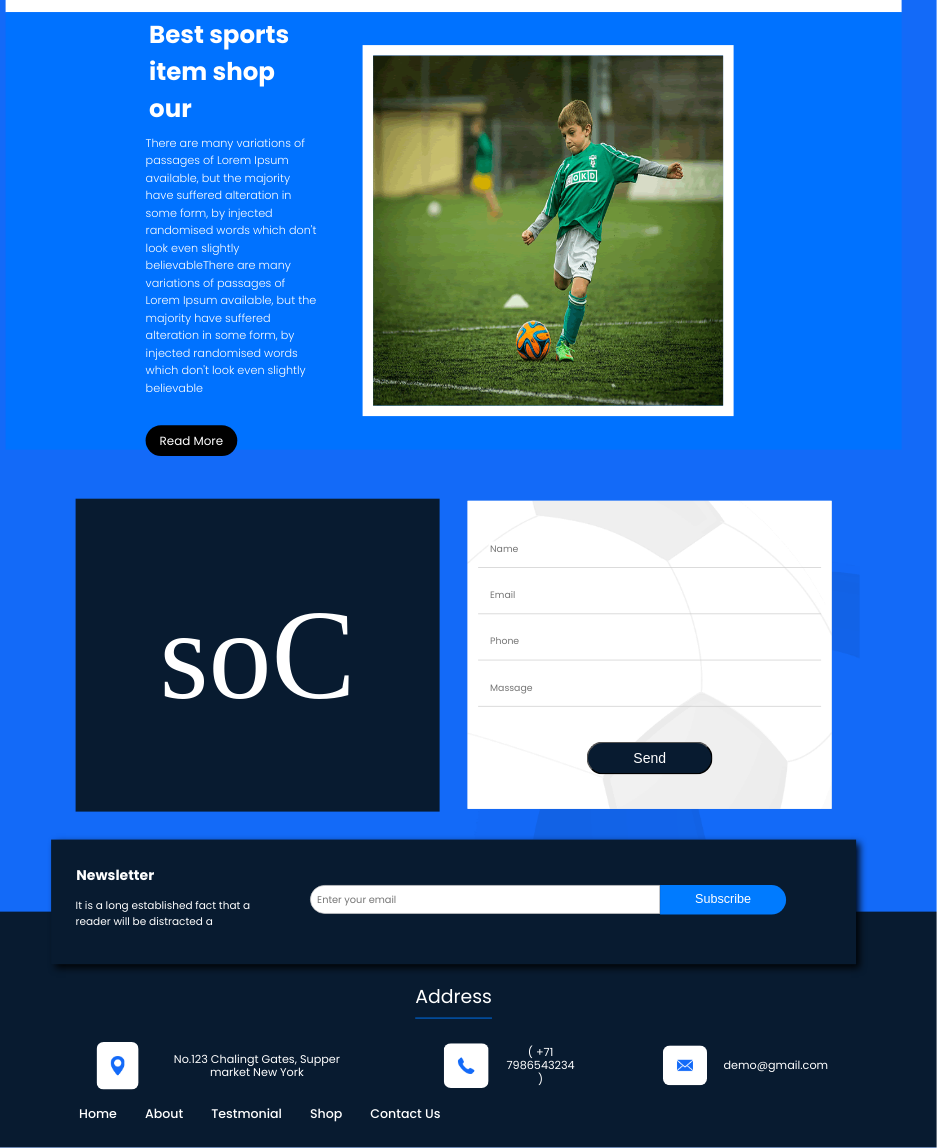
Repository: Vinicius9922/Projeto-Web
Page: index.html
The author's editor kept a copy of each file at every save. The page is drawn from the files as they stood at one save, then again after a run of saves.
The browser window is 1280 px wide. The page is 1338 px wide, so the pictures cover 1338 px, including what lies to the right of the window. The pictures show the part of the page from y = 2108 to 3948 px (the page is 3748 px tall before and 3948 px after), at 70% of full size.

Above is the page before, as saved 2024-12-13 19:38:22.

### index.html
<!DOCTYPE html>
<html>

<head>
    <meta charset="UTF-8">
    <meta name="viewport" content="width=device-width, initial-scale=1.0">
    <link rel="stylesheet" href="index.css">
    <link rel="preconnect" href="https://fonts.googleapis.com">
    <link rel="preconnect" href="https://fonts.gstatic.com" crossorigin>
    <link
        href="https://fonts.googleapis.com/css2?family=Lora:ital,wght@0,400..700;1,400..700&family=Poppins:ital,wght@0,100;0,200;0,300;0,400;0,500;0,600;0,700;0,800;0,900;1,100;1,200;1,300;1,400;1,500;1,600;1,700;1,800;1,900&display=swap"
        rel="stylesheet">
    <title>Index</title>
</head>

<body class="main-layout">
    <header>
        <div class="header">
            <div class="container">
                <div class="logo"><img src="img/logo.png" alt="logo"></div>
                <div class="navBar">
                    <nav>
                        <ul class="menuNav">
                            <li>HOME</li>
                            <li>ABOUT</li>
                            <li>TESTMONIAL</li>
                            <li>SHOP</li>
                            <li>CONTACT US</li>
                            <li><img id="lupa" src="img/search_icon.png"></li>
                        </ul>
                    </nav>
                </div>
            </div>
        </div>
    </header>
    <section>
        <div class="container">
            <div class="carroussel">
                <div class="textCarroussel">
                    <h1>Welcome to <strong class="color">Our Shop</strong></h1>
                    <p>There are many variations of passages of Lorem Ipsum available, but the majority have
                        suffered
                        alteration in some form, by injected humour</p>
                    <button class="botao-carrossel">Buy Now</button>
                    <button class="botao-carrossel">About</button>
                </div>
            </div>
            <div class="img-carroussel">
                <div>
                    <figure><img id="img-carroussel" src="img/boksing-gloves.png" alt="img" /></figure>
                </div>
            </div>
        </div>
    </section>

    <!-- aaaaaaaaaaaaaaa -->

    <div class="parte branca">
        <h1>Our <span>Products</span></h1>
        <p>There are many variations of passages of Lorem ipsum available, but the majority have suffered alteration in
            some form, by injected randomised words wich don't look even slightly believable</p>
    </div>

    <div class="container3">

        <div class="imagem1">
            <img src="img/basketball.png" alt="bola">
            <p>$<span class="valor">50</span></p>
            <p class="p1">Basket ball</p>
        </div>
        <div class="imagem2">
            <img src="img/t-shirt.png" alt="camiseta">
            <p>$<span class="valor">50</span></p>
            <p class="p1">T-shirt</p>
        </div>
        <div class="imagem3">
            <img src="img/game.png" alt="game">
            <p>$<span class="valor">50</span></p>
            <p class="p1">Game</p>
        </div>
        <div class="imagem4">
            <img src="img/basketball.png" alt="bola">
            <p>$<span class="valor">50</span></p>
            <p class="p1">Basket ball</p>
        </div>
        <div class="imagem5">
            <img src="img/t-shirt.png" alt="camiseta">
            <p>$<span class="valor">50</span></p>
            <p class="p1">T-shirt</p>
        </div>
        <div class="imagem6">
            <img src="img/game.png" alt="game">
            <p>$<span class="valor">50</span></p>
            <p class="p1">game</p>
        </div>

    </div>
    <div class="branca2">
        <h1> About <span>Us</span></h1>
        <p>There are many variations of passages of Lorem ipsum available, but the majority have suffered alteration in
            same form, by injected randomised words which dont´t look even slightly believable</p>
    </div>

    <div class="shield">
        <div class="texto-shield">
            <h1 class="textobranco">Best sports item shop our</h1>
            <p class="p2">There are many variations of passages of Lorem Ipsum available, but the majority have suffered
                alteration in some form, by injected randomised words which don't look even slightly believableThere are
                many variations of passages of Lorem Ipsum available, but the majority have suffered alteration in some
                form, by injected randomised words which don't look even slightly believable</p>

            <div class="btn_main">
                <a class="botao" href="#" role="button">Read More</a>
            </div>
        </div>
        <div class="child">
            <figure><img src="img/child-image.png">
            </figure>
        </div>
    </div>

    <!-- aaaaaaaaaaaaaaaaaaaa -->

    <div class="container2">
        <div class="formulario">
            <div class="box-left">
                <div class="soc">soC</div>
            </div>
            <div class="box-right">
                <form>
                    <div class="grupo-form">
                        <input type="text" class="form" placeholder="Name" name="Name">
                    </div>
                    <div class="grupo-form">
                        <input type="email" class="form" placeholder="Email" name="Email">
                    </div>
                    <div class="grupo-form">
                        <input type="text" class="form" placeholder="Phone" name="Phone">
                    </div>
                    <div class="grupo-form">
                        <input type="text" class="form" placeholder="Massage" name="mensagem">
                    </div>
                    <div class="send-button">
                        <button type="submit" class="botao-env">Send</button>
                    </div>
                </form>
            </div>
        </div>
        <div class="box-down">
            <div class="text-news">
                <h2 class="Newsletter">Newsletter</h2>
                <p class="text-newsletter">It is a long established fact that a reader will be distracted a</p>
            </div>
            <div class="email-news">
                <input type="email" class="news-email" placeholder="Enter your email" name="Email">
            </div>
            <div class="Subscribe">
                <button class="subs-button" type="Subscribe">Subscribe</button>
            </div>
        </div>



        <div class="footer">
            <div>
                <div>
                    <div>
                        <div class="titulo">
                            <h2 class="titulo_texto">Address</h2>
                        </div>
                    </div>
                </div>
            </div>
            <div class="endereco">
                <div>
                    <div class="icones">
                        <div class="site_info">
                            <div class="img-icon">
                                <span class="info_icon"><img src="img/map-icon.png" /></span>
                            </div>
                            <span>No.123 Chalingt Gates, Supper market New York</span>
                        </div>
                    </div>
                    <div class="icones">
                        <div class="site_info">
                            <div class="img-icon">
                                <span class="info_icon"><img src="img/phone-icon.png" /></span>
                            </div>
                            <span>( +71 7986543234 )</span>
                        </div>
                    </div>
                    <div class="icones">
                        <div class="site_info">
                            <div class="img-icon">
                                <span class="info_icon"><img src="img/email-icon.png" /></span>
                            </div>
                            <span>demo@gmail.com</span>
                        </div>
                    </div>
                </div>
            </div>

            <div class="menu_main">
                <div class="menu_text">
                    <ul>
                        <li >Home</li>
                        <li>About</li>
                        <li>Testmonial</li>
                        <li>Shop</li>
                        <li>Contact Us</li>
                    </ul>
                </div>
            </div>
        </div>
    </div>

</body>

</html>

### index.css
@import url('https://fonts.googleapis.com/css2?family=Lora:ital,wght@0,400..700;1,400..700&family=Poppins:ital,wght@0,100;0,200;0,300;0,400;0,500;0,600;0,700;0,800;0,900;1,100;1,200;1,300;1,400;1,500;1,600;1,700;1,800;1,900&display=swap');

body {
    width: 100%;
    font-family: Poppins, normal;
    background-color: #136af8;
    background: linear-gradient(to bottom, #136af8 91%, #081b30 9%);
}

header {
    background-color: #136af8;
    padding: 0px;
}

.container {
    display: flex;
    align-items: center;
    justify-content: space-between;
    margin: 40px 200px;
}

li:hover {
    text-decoration: underline;
    cursor: pointer;
    font-weight: bolder;
}

ul {
    color: white;
    list-style-type: none;
    display: flex;
    margin: 0;
    padding: 0;
    gap: 40px;
    font-weight: 500;
}

#lupa {
    margin-left: 20px;
}

.logo {
    margin-left: 60px;
}

section {
    background-color: #136af8;
    display: flex;
}

.textCarroussel {
    text-align: left;
    margin-left: 60px;
    padding-left: 15px;
}

.textCarroussel p,
strong {
    color: white;
}

.color {
    font-weight: bolder;
}

.textCarroussel h1 {
    font-family: Poppins;
    font-weight: bold;
    font-size: 65px;
    line-height: 74px;
    color: #081b30;
}

.textCarroussel p {
    font-size: 16px;
}

button {
    min-width: 180px;
    color: white;
    background-color: #081b30;
    padding: 10px 50px;
    border-radius: 30px;
    display: inline-block;
    font-size: 20px;
    margin-top: 40px;
    cursor: pointer;
}

button:hover {
    background-color: #032b58;
}

button+button {
    margin-left: 15px;
}

#img-carroussel {
    max-width: 110%;
    height: auto;
    display: block;
}


.parte.branca {
    background-color: white;
    text-align: center;
    padding: 40px 280px;
}

.parte.branca h1 {
    font-size: 50px;
    color: black;
    text-align: left;
    font-weight: 800;
    margin: 5px;
}

.parte.branca h1 span {
    color: #0072ff;

}

.parte.branca p {
    font-size: 18px;
    margin-top: 10px;
    text-align: left;
    font-weight: 400;
    margin: 5px;
}

/* Grade de produtos */
.container3 {
    display: grid;
    grid-template-columns: repeat(3, 1fr);
    gap: 20px;
    column-gap: 30px;
    padding-left: 250px;
    padding-right: 250px;
    padding-top: 40px;
    padding-bottom: 40px;
    background-color: #001f3f;
}


.container3 div {
    text-align: center;
    background-color: white;
    padding: 20px;
    box-shadow: 0 5px 10px rgba(0, 0, 0, 0.1);
}

.container3 img {
    width: 300px;
    height: 300px;
    margin-bottom: 10px;
}

.container3 div .valor {
    margin: 5px 0;
    font-size: 26px;
    color: #0072ff
}

.container3 div p {
    font-size: 26px;
    color: black;
    margin: 3px;
}

/* Sessão "About Us" */
.branca2 {
    background-color: white;
    text-align: left;
    padding: 40px 280px;
}

.branca2 h1 {
    font-size: 50px;
    color: black;
    text-align: left;
    font-weight: 800;
    margin: 5px;
}

.branca2 h1 span {
    color: #0072ff;
}

.branca2 p {
    font-size: 18px;
    margin-top: 10px;
    text-align: left;
    font-weight: 400;
    margin: 5px;
}

/* Sessão "Best sports item shop our" */
.shield {
    display: flex;
    justify-content: space-between;
    align-items: center;
    background-color: #0072ff;
    color: white;
    padding-left: 200px;
    padding-right: 200px;
    gap: 20px;
}

.texto-shield {
    text-align: left;
}

.shield h1 {
    font-size: 35px;
    color: rgb(255, 255, 255);
    text-align: left;
    font-weight: 700;
    margin: 5px;
}

.shield .p2 {
    font-size: 16px;
    margin-top: 10px;
    text-align: left;
    font-weight: 300;
    margin-bottom: 50px;
}

.btn_main .botao {
    text-decoration: none;
    background-color: black;
    color: white;
    padding: 10px 20px;
    border-radius: 30px;
    font-size: 17px;
    transition: 0.5s ease, color 0.4s ease 0.1s;
}

.botao:hover {
    background-color: #fbfbfb;
    color: black;
}

.child {
    margin: 0px;
}

.child img {
    height: 500px;
    width: 500px;
    display: flex;
    border: 15px solid #fff;
}




.container2 {
    display: flex;
    align-items: center;
    justify-content: space-between;
    margin: 30px 100px;
    flex-direction: column;
}

.formulario {
    flex: auto;
    display: flex;
    justify-content: space-between;
    align-items: center;
    border-radius: 10px;
    padding: 40px;
    justify-content: center;
    gap: 40px;
    background-image: url('img/contact-banner.png');
}

.grupo-form {
    width: 100%;
    padding: 15px;
    margin-bottom: 10px;
    border-bottom: 1px solid #ccc;
}

form {
    display: flex;
    flex-direction: column;
    align-items: center;
    width: 460px;
    height: 360px;
}

.form {
    border: none;
    width: 100px;
    margin: 0px;
}

.box-left {
    background-color: #081b30;
    color: white;
    text-align: center;
    font-family: apple;
    font-size: 180px;
    padding: 10% 10%;
    padding: 120px;
}

.box-right {
    height: auto;
    background-color: #f2f2f2;
    background-image: url('img/boll_bg.png');
    padding: 40px 30px;
}

.box-left,
.box-right {
    width: 50%;
}

input {
    border: none;
    outline: none;
    width: 100%;
}

input,
textarea {
    font-family: Poppins, normal;
    color: #a4a0a0;
    width: 100%;
}

.box-down {
    display: flex;
    align-items: row;
    background-color: #081b30;
    color: white;
    width: 1150px;
    box-shadow: 5px 5px 10px 0 rgba(0, 0, 0, 0.9);
}

.text-news {
    display: flex;
    flex-direction: column;
    max-width: 300px;
    padding-left: 35px;
    font-size: 12px;
    padding: 35px;
}

.Newsletter {
    margin: 1px;
    font-size: 20px;
}

.text-newsletter {
    font-size: 15px;
}

.email-news {
    display: flex;
    align-items: center;
    height: 172px;
}

.Subscribe {
    display: flex;
    align-items: center;
    height: 132px;
}

.news-email {
    padding: 9px;
    font-size: 14px;
    border: 1px solid #ccc;
    border-radius: 25px 0 0 25px;
    width: 500px;
    height: 41px;
    box-sizing: border-box;
}

.subs-button {
    font-size: 18px;
    color: white;
    background-color: #007BFF;
    border: none;
    border-radius: 0 25px 25px 0;
    cursor: pointer;
    height: 42px;

}

.subs-button:hover {
    background-color: #0056b3;
}


.footer{
    font-size: 18px;
    margin-top: 10px;
    text-align: center;
    font-weight: 400;
    margin: 5px;
}

.titulo_texto{
    color:white;
    text-decoration-line: underline;
    text-decoration-color: #0056b3;
    text-underline-offset: 20px;
    font-weight:400;
}

.endereco > div {
    display: flex;
    gap: 100px;
    align-items: center;
}

.icones {
    display: flex;
    align-items: center;
    gap: 10px;
    color:white;
}

.info_icon img {
    width: auto;
    height: auto;
    background-color:white;
    border-radius: 10px;
    padding: 20px;
    display: block;
}

.site_info {
    display: flex;
    align-items: center;
}

.site_info span {
    line-height: 1.2;
    font-size: 16px;

}
.img-icon {
    display: flex;
    align-items: center;
    justify-content: center;
    width: 50px;
    height: 50px;
    background-color: white;
    border-radius: 10px;
    margin:30px;
}

.menu_text ul{
    text-align: center;

}

After the next 3 saves:
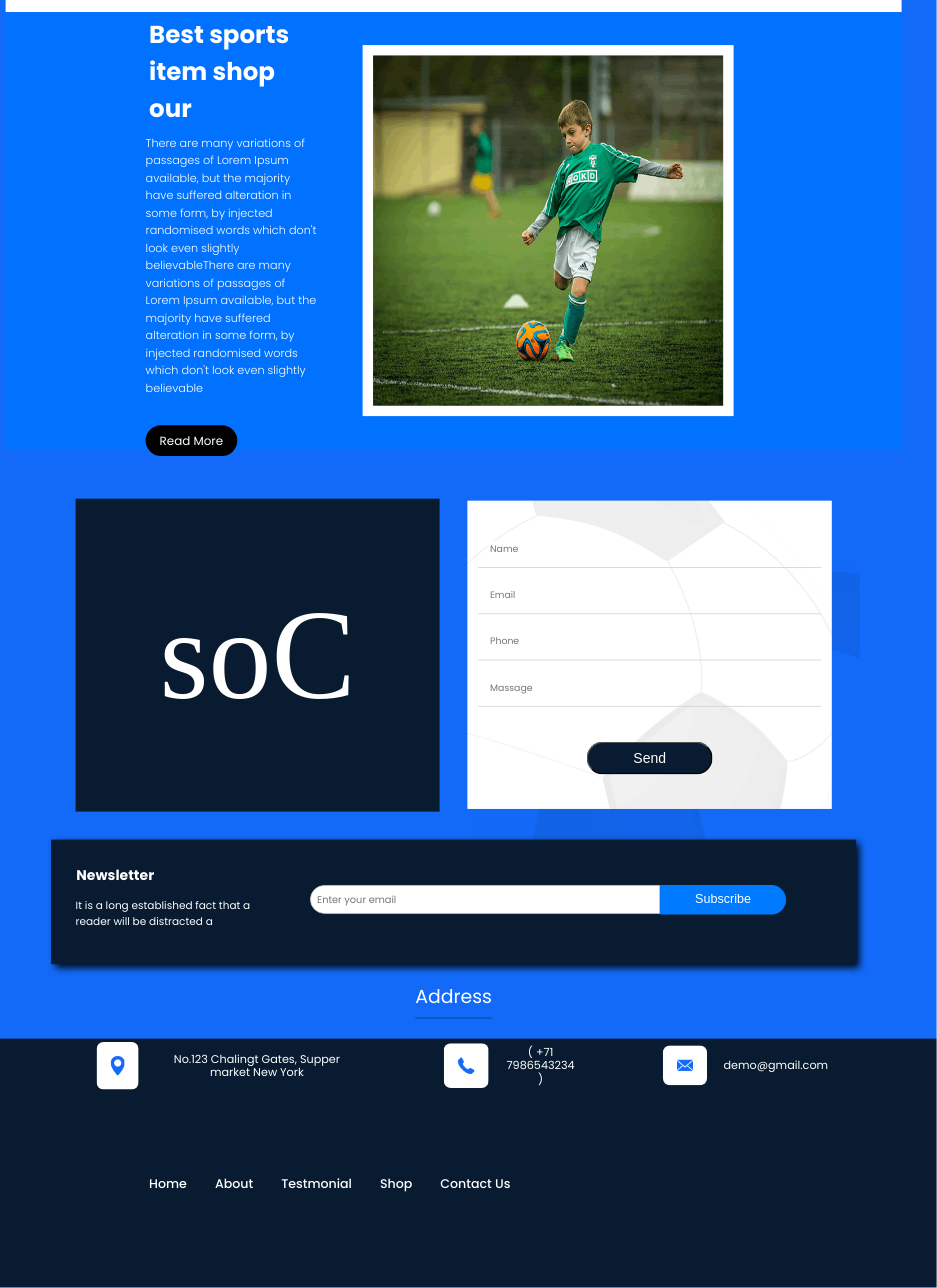
The 3 saves are shown as one change because they came seconds apart.
The last was saved 2 min 30 s later.
--- a/index.css
+++ b/index.css
@@ -458,5 +458,6 @@
 
 .menu_text ul{
     text-align: center;
-
-}
+    padding:100px;
+
+}

After the 4 saves that followed:
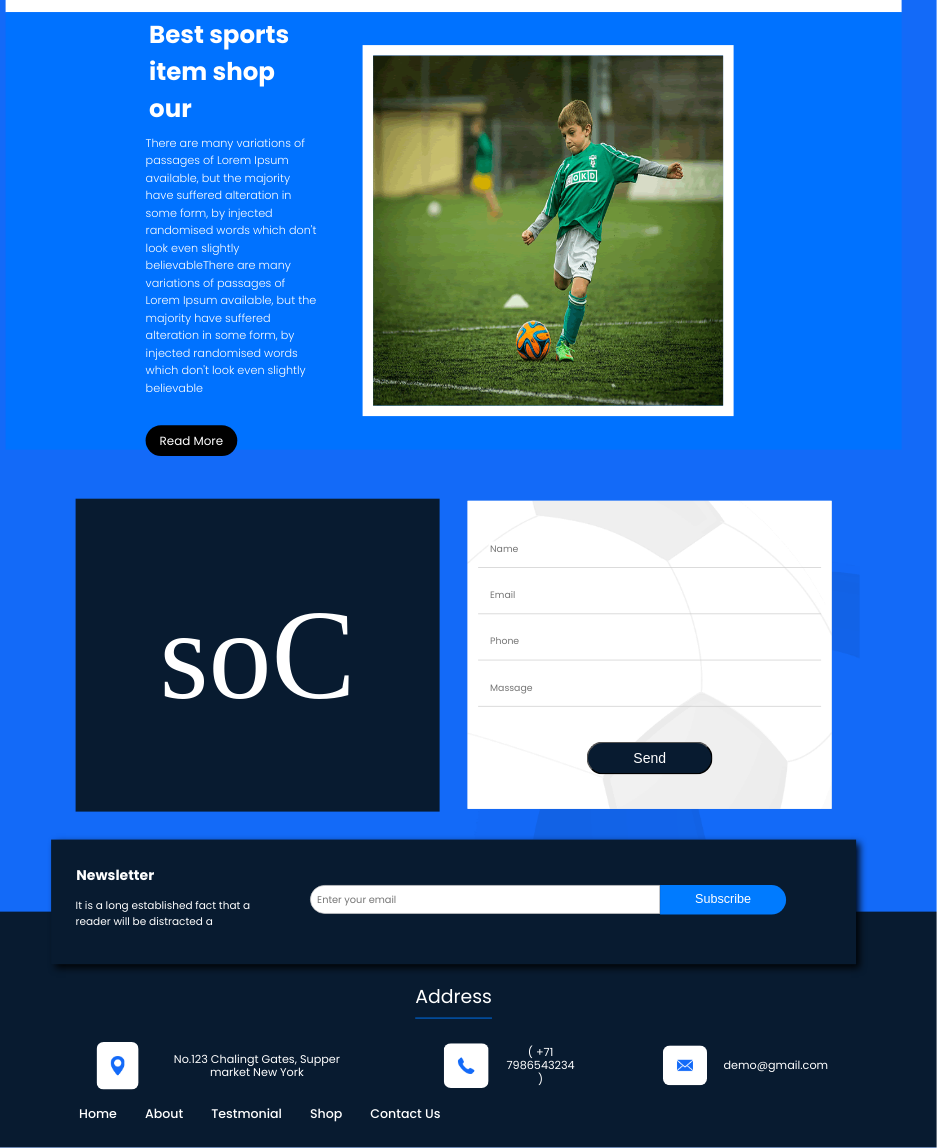
The 4 saves are shown as one change because they came seconds apart.
The last was saved 23 s later.
--- a/index.css
+++ b/index.css
@@ -458,6 +458,6 @@
 
 .menu_text ul{
     text-align: center;
-    padding:100px;
-
-}
+    padding:0, 50px;
+
+}
